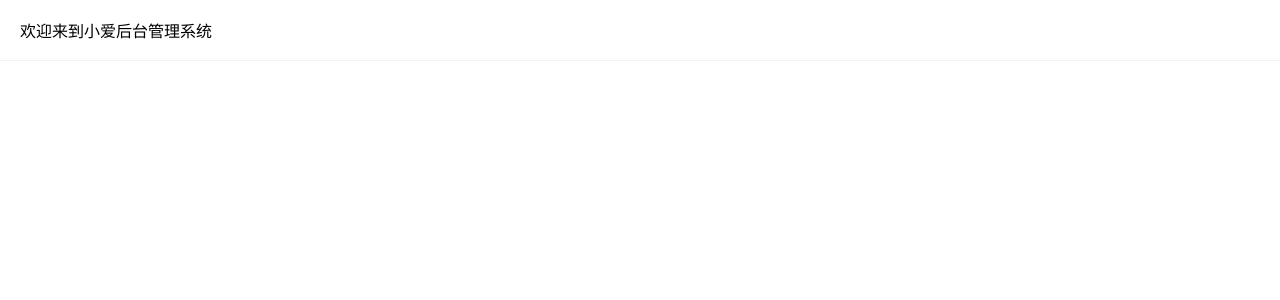
Repository: ZHANG-0714/backstage
Page: /home
The author's editor kept a copy of each file at every save. The page is drawn from the files as they stood at one save, then again after the next save.
The browser window is 1280 px wide. The pictures show the whole page.
The project was rebuilt for these pictures with package versions that can differ from the ones it lists, and the page was loaded fresh each time. Also part of the build but not shown: vue.config.js, src/views/Home.vue.

Above is the page before, as saved 2020-08-31 16:10:17.

### public/index.html
<!DOCTYPE html>
<html lang="en">

<head>
  <meta charset="utf-8">
  <meta http-equiv="X-UA-Compatible" content="IE=edge">
  <meta name="viewport" content="width=device-width,initial-scale=1.0">
  <link rel="icon" href="<%= BASE_URL %>favicon.ico">
  <title><%= htmlWebpackPlugin.options.title %></title>
</head>

<body>
  <noscript>
    <strong>We're sorry but <%= htmlWebpackPlugin.options.title %> doesn't work properly without JavaScript enabled.
      Please enable it to continue.</strong>
  </noscript>
  <div id="app"></div>
  <!-- built files will be auto injected -->

  <!--[if lte IE 9]>
    <div style='position:absolute; top: 50%; left:50%; margin-top: -50px;margin-left: -400px; align-items: center;justify-content: center;'>
      <div style='width: 800px; height: 100px;text-align: center'>
        <h1>
        您的浏览器版本过低 请下载最新的谷歌浏览器
      </h1>
      <div style='text-align: center;width: 800px'>
        <a href='http://rj.baidu.com/soft/detail/14744.html?ald'>下载谷歌浏览器点此链接</a>
      </div>
      </div>
    </div>
  <![endif]-->
</body>

</html>

### src/App.vue
<template>
  <div id="app">
    <router-view />
  </div>
</template>

<style lang="scss">
@import "../style/Css";
@import '../style/Situation'
</style>

### src/router/index.js
import Vue from 'vue'
import VueRouter from 'vue-router'
import Home from '../views/Home.vue'
import Public from '../views/Public.vue'

Vue.use(VueRouter)

const routes = [
  {
    path: '/home',
    redirect: '/'
  },
  {
    path: '/',
    component: Public,
    children: [
      {
        path: '',
        name: 'Home',
        component: Home,  //首页
        meta: {
          title: "首页"
        }
      },
    ]
  }
]

const router = new VueRouter({
  mode: 'history',
  base: process.env.BASE_URL,
  routes
})

export default router

### src/store/index.js
import Vue from 'vue'
import Vuex from 'vuex'
import user from './user/user'

Vue.use(Vuex)

export default new Vuex.Store({
  state: {
  },
  mutations: {
  },
  actions: {
  },
  modules: {
    user
  }
})

### style/Css.css
* {
	margin: 0;
	padding: 0;
}

.flex {
	display: flex;
}

.justify-content {
	justify-content: center;
}

.align-items {
	align-items: center;
}

.space-around {
	justify-content: space-around;
}

.space-between {
	justify-content: space-between;
}

.flex-direction {
	flex-direction: column;
}

.flex-end {
	align-items: flex-end;
}

.text-overflow {
	overflow: hidden;
	text-overflow: ellipsis;
	display: -webkit-box;
	-webkit-line-clamp: 1;
	-webkit-box-orient: vertical;
}

.opacity {
	opacity: 0.9;
}

.filter {
	filter: blur(30px);
	z-index: -1;
}

.flex-wrap {
	flex-wrap: wrap;
}

.position {
	position: fixed;
}

### style/Situation.scss
.el-card--header--img--doos {
    .el-card__header {
        border-bottom: 1px solid #535353;
    }
    .el-form-item__label{
        padding: 0;
    }
}

### src/views/Public.vue
<template>
  <!-- 公共 -->
  <div>
    <headTop></headTop>
  </div>
</template>

<script>
import headTop from "../components/public/headTop";
export default {
  name: "",
  props: {},
  components: {
    headTop,
  },
  data() {
    return {};
  },
  methods: {},
  mounted() {},
  watch: {},
  computed: {},
};
</script>

<style scoped lang='scss'>
</style>

### src/store/user/user.js
import api from '../../http/api'
import router from '../../router'
import { Message } from 'element-ui'

export default {
    // 开启命名空间 这个文件就是单独的一个vuex的模块
    namespaced: true,
    state: {
        menus: []
    },
    mutations: {
        seMenus(state, data) {
            state.menus = data
        }
    },
    actions: {
        //所有的请求都写在actions里面
        // actions 里面的方法可以传两个参数，第一个参数是整个store(vuex对象) 第二个参数是请求的参数
        async getMenus({ commit }) {
            let res = await api.getMenus()
            if (res.meta.status === 200) {
                // 提交mutation
                commit('setMenus', res.data)
            }
        },
        //登录
        async login({ commit }, { username, password }) {
            let res = await api.login({
                username,
                password
            })
            console.log(commit);
            console.log(res);
            if (res.meta.status === 200) {
                // 存储信息
                localStorage.setItem('adminToken', res.data.toke)
                localStorage.setItem('adminUser', JSON.stringify(res.data))
                // 跳转路由
                router.push('/')
                // 提示用户
                Message.success('登录成功')
            }
        }
    },
}

### src/components/public/headTop.vue
<template>
  <!-- 头部组件 -->
  <div class="top flex align-items">
    <div>欢迎来到小爱后台管理系统</div>
  </div>
</template>

<script>
export default {
  name: "",
  props: {},
  components: {},
  data() {
    return {};
  },
  methods: {},
  mounted() {},
  watch: {},
  computed: {},
};
</script>

<style scoped lang='scss'>
.top {
  height: 60px;
  padding: 0 20px;
  border-bottom: 1px solid #f0f2f5;
}
</style>

### src/http/api.js
import service from './index'

export default {
    login({ username, password }) {
        return service.post('/login', {
            username,
            password
        })
    }
}

### src/http/index.js
import axios from 'axios'
import nprogress from 'nprogress'
import { Message } from 'element-ui'

//运行环境：本地环境:devlpment 和线上（生产）环境：production
const ispro = process.env.NODE_ENV === 'production'

//创建一个axios的实例
const service = axios.create({
    //基础路径:需要根据当前的运行环境来判断
    baseURL: ispro ? '线上接口路径' : '/api',
    //超时时间
    timeout: 100000
})

// 请求拦截：每一次发请求都会做的事
service.interceptors.request.use((config) => {
    nprogress.start()
    //前后端鉴权
    //jwt：JSON WEB TOKEN
    //登录成功后 后端会返回一个令牌
    let token = localStorage.getItem('abminToken')
    if (token) {
        config.headers['Authorization'] = token
    }
    return config
}, err => {
    nprogress.done()
    return Promise.reject(err)
})

//响应拦截：每一次接口返回数据的时候都会做的事
service.interceptors.response.use((res) => {
    nprogress.done()
    return res.data
}, err => {
    if (err.response && err.response.status) {
        // 错误请求的状态码
        let status = err.response.status
        if (status === 400) {
            Message.error('参数错误')
        }
        if (status === 401) {
            Message.error('登录过期，请重新登录')
        }
        if (status === 403) {
            Message.error('没有权限')
        }
        if (status === 404) {
            Message.error('接口路径错误')
        }
        if (status === 500) {
            Message.error('服务器出错')
        }
        if (status === 503) {
            Message.error('服务器在维护')
        }
    }
    return Promise.reject(err)
}
)

export default service

Loaded but not shown: src/main.js (common file)

After the next save:
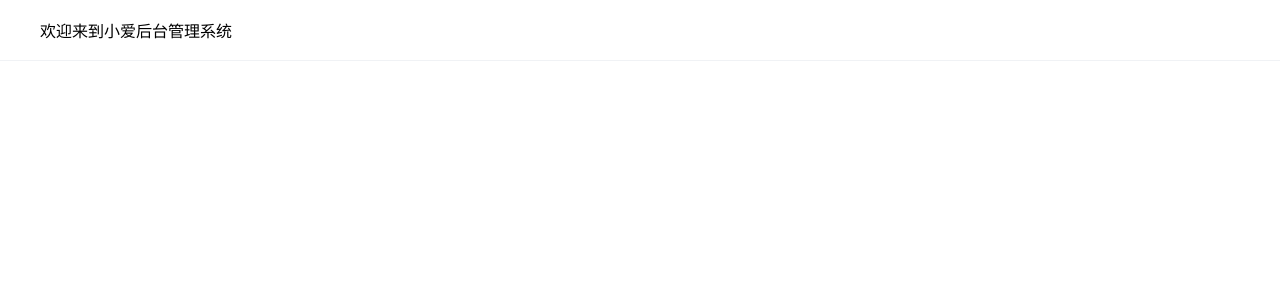
Saved 16 s later.
--- a/src/components/public/headTop.vue
+++ b/src/components/public/headTop.vue
@@ -23,7 +23,7 @@ export default {
 <style scoped lang='scss'>
 .top {
   height: 60px;
-  padding: 0 20px;
+  padding: 0 40px;
   border-bottom: 1px solid #f0f2f5;
 }
 </style>
